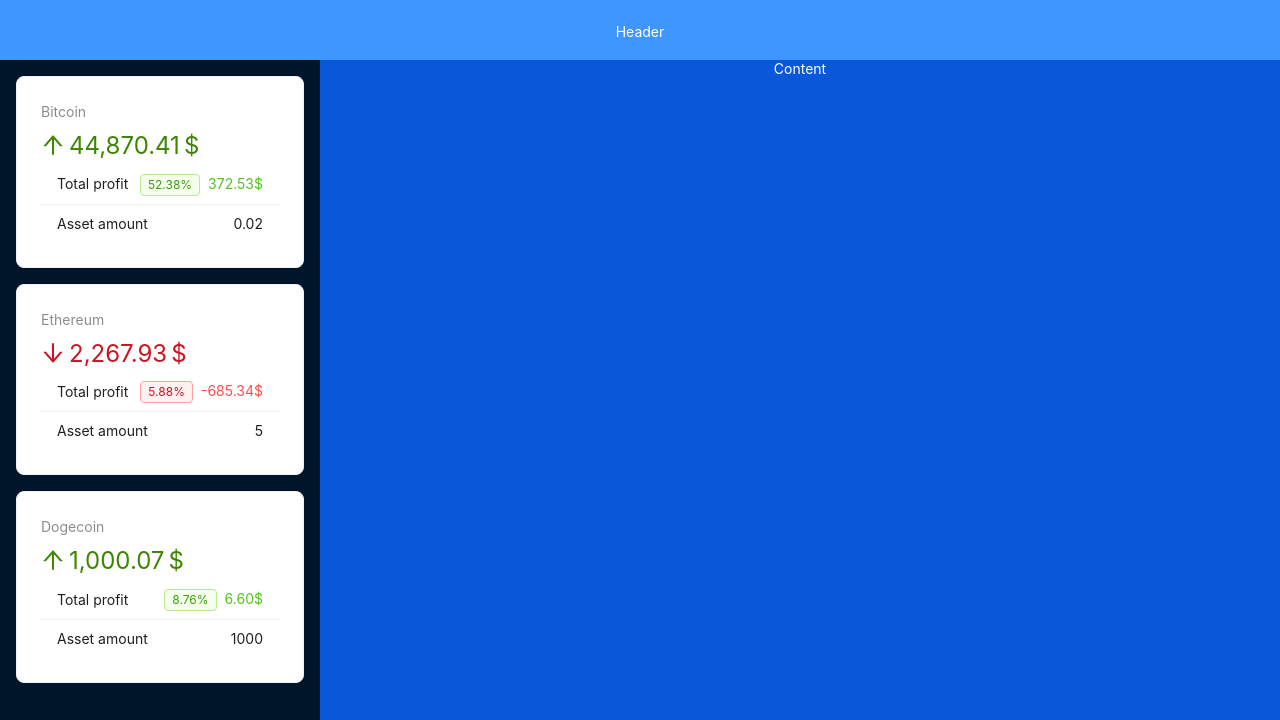
Repository: iveivs/ninim
Page: / (app in react-crypto-initial/)
An editor plug-in stored every save of this project. The page is shown before and after the next save, followed by the edit.
The browser window is 1280 px wide. The pictures show the whole page.
The project was rebuilt for these pictures with package versions that can differ from the ones it lists, and the page was loaded fresh each time. Also part of the build but not shown: react-crypto-initial/vite.config.js.

Above is the page before, as saved 2024-02-18 17:45:10.

### react-crypto-initial/src/App.jsx
import { Layout } from "antd";
import AppContent from "./components/layout/AppContent";
import AppHeader from "./components/layout/AppHeader";
import AppSider from "./components/layout/AppSider";

export default function App() {
    return (
        <Layout >
            <AppHeader  />
            <Layout>
                <AppSider  />
                <AppContent  />
            </Layout>
        </Layout>
    );
}

### react-crypto-initial/src/components/layout/AppContent.jsx
import { Layout } from "antd";
const contentStyle = {
    textAlign: "center",
    minHeight: 'calc(100vh - 60px)',
    color: "#fff",
    backgroundColor: "#0958d9",
};

export default function AppContent() {
    return (
        <Layout.Content style={contentStyle}>Content</Layout.Content>
    )
}

### react-crypto-initial/src/components/layout/AppHeader.jsx
import { Layout } from "antd";
const headerStyle = {
    textAlign: "center",
    color: "#fff",
    height: 60,
    paddingInline: 48,
    lineHeight: "64px",
    backgroundColor: "#4096ff",
};
export default function AppHeader() {
    return (
        <Layout.Header style={headerStyle}>Header</Layout.Header>
    )
}

### react-crypto-initial/src/components/layout/AppSider.jsx

import { useEffect, useState } from "react";
import { Layout, Card, Statistic, List, Typography, Spin, Tag } from "antd";
import { ArrowDownOutlined, ArrowUpOutlined } from '@ant-design/icons';
import { fakeFetchCrypto, fetchAssets } from '../../api'
import { capitalize, percentDifference } from '../../utils'
const siderStyle = {
    padding: '1rem',
};

export default function AppSider() {
    const [loading, setLoading ] = useState(false)
    const [crypto, setCrypto ] = useState([])
    const [assets, setAssets ] = useState([])

    useEffect(() => {
        async function preload() {
            setLoading(true)
            const { result } = await fakeFetchCrypto()
            const assets = await fetchAssets()

            setAssets(assets.map(asset => {
                const coin = result.find((c) => c.id === asset.id)
                return {
                    grow: asset.price < coin.price,
                    growPercent: percentDifference(asset.price, coin.price),
                    totalAmount: asset.amount + coin.price,
                    totalProfit: asset.amount * coin.price - asset.amount * asset.price,
                    ...asset
                }
            }))
            setCrypto(result)
            setLoading(false)
        }
        preload()
    }, [])

    if(loading) {
        return <Spin fullscreen />
    }
    return (
        <Layout.Sider width="25%" style={siderStyle}>

            {assets.map(asset => (
                <Card key={asset.id} style={{marginBottom: '1rem'}} >
                    <Statistic
                        title={capitalize(asset.id)}
                        value={asset.totalAmount}
                        precision={2}
                        valueStyle={{ color: asset.grow ? '#3f8600' : '#cf1322'}}
                        prefix={ asset.grow ? <ArrowUpOutlined /> : <ArrowDownOutlined />}
                        suffix="$"
                    />
                    <List
                        size="small"
                        dataSource={[
                            {title: "Total profit", value: asset.totalProfit, withTag: true},
                            {title: "Asset amount", value: asset.amount, isPlain: true},
                            // {title: "Difference", value: asset.growPercent},
                        ]}
                        renderItem={(item) => (
                            <List.Item>
                                <span>{item.title}</span>
                                <span>
                                    {item.withTag && (
                                        <Tag color={asset.grow ? 'green' : 'red'}>
                                            {asset.growPercent}%
                                        </Tag>
                                    )}
                                    {item.isPlain && item.value}
                                    {!item.isPlain && (
                                    <Typography.Text type={asset.grow ? 'success' : 'danger'}>
                                        {item.value.toFixed(2)}$
                                    </Typography.Text>
                                    )}
                                </span>
                            </List.Item>
                        )}
                    />
                </Card>
            ))}


            {/* <Card>
                <Statistic
                    title="Idle"
                    value={9.3}
                    precision={2}
                    valueStyle={{ color: '#cf1322' }}
                    prefix={<ArrowDownOutlined />}
                    suffix="%"
                />
            </Card> */}
        </Layout.Sider>
    );
}

### react-crypto-initial/src/api.js
import { cryptoData, cryptoAssets} from './data'

export function fakeFetchCrypto() {
    return new Promise((resolve) => {
        setTimeout(() => {
            resolve(cryptoData)
        }, 200)
    })
}

export function fetchAssets() {
    return new Promise((resolve) => {
        setTimeout(() => {
            resolve(cryptoAssets)
        }, 200)
    })
}

### react-crypto-initial/src/utils.js
export function percentDifference(a, b){
    return +(100 * Math.abs((a - b) / ((a + b) / 2))).toFixed(2)
}

export function capitalize(str) {
    return str.charAt(0).toUpperCase() + str.substr(1)
}

Loaded but not shown: react-crypto-initial/index.html (common file); react-crypto-initial/src/main.jsx (common file); react-crypto-initial/src/index.css (common file); react-crypto-initial/src/data.js (630 lines, source omitted)

After the next save:
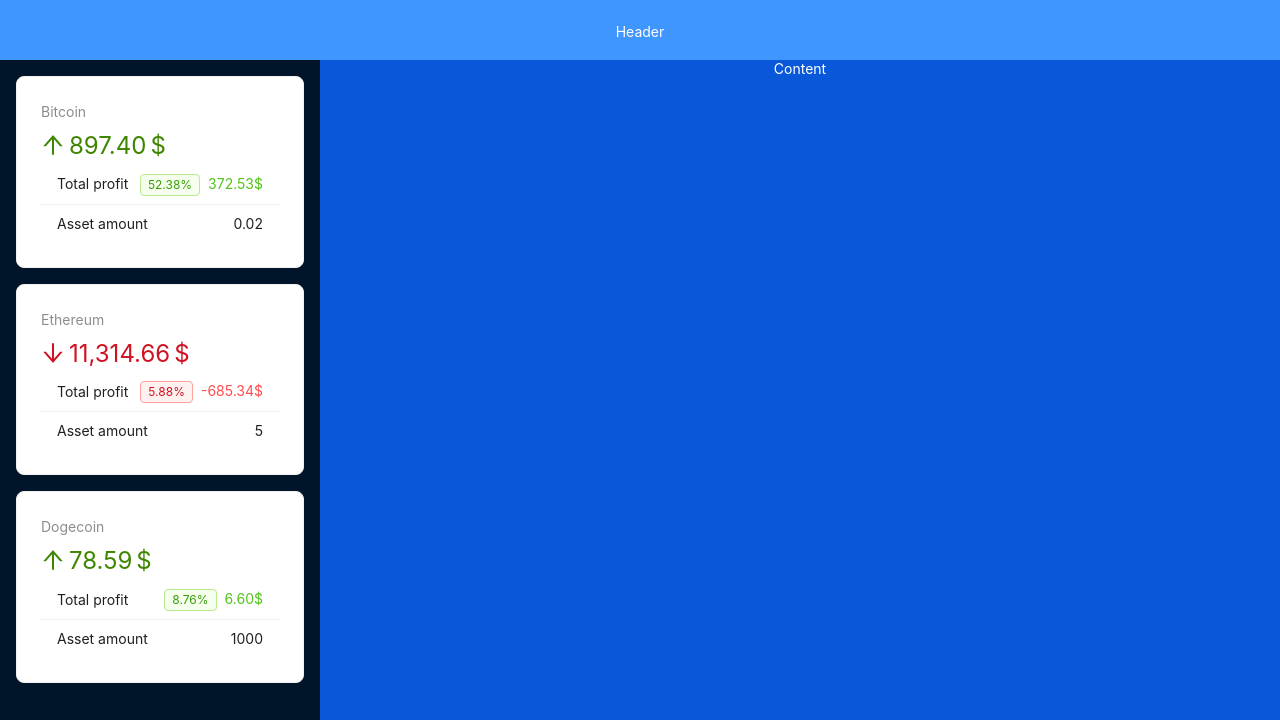
Saved 2 min 33 s later.
--- a/react-crypto-initial/src/components/layout/AppSider.jsx
+++ b/react-crypto-initial/src/components/layout/AppSider.jsx
@@ -24,7 +24,7 @@
                 return {
                     grow: asset.price < coin.price,
                     growPercent: percentDifference(asset.price, coin.price),
-                    totalAmount: asset.amount + coin.price,
+                    totalAmount: asset.amount * coin.price,
                     totalProfit: asset.amount * coin.price - asset.amount * asset.price,
                     ...asset
                 }
